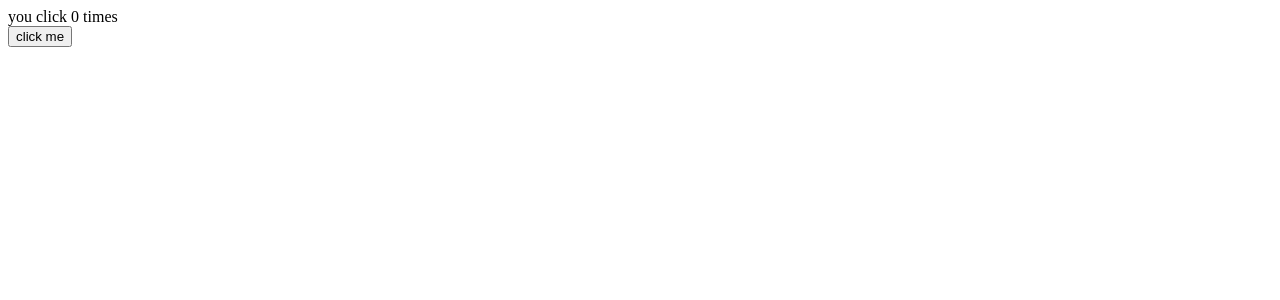
Repository: fuuka10969/react
Page: / (app in demo/react-hooks/demo01/)
An editor plug-in stored every save of this project. The page is shown before and after a run of saves, followed by the edit.
The browser window is 1280 px wide. The pictures show the whole page.
The project was rebuilt for these pictures with package versions that can differ from the ones it lists, and the page was loaded fresh each time.

Above is the page before, as saved 2021-02-11 14:31:10.

### demo/react-hooks/demo01/src/index.js
import React from 'react';
import ReactDOM from 'react-dom';
import Example from './Example';

ReactDOM.render(
    <Example />,
  document.getElementById('root')
);

### demo/react-hooks/demo01/src/Example.js
import React, { useState } from 'react';

function Example() {
  const [count, setCount] = useState(0) // 数组解构
  return (
    <div>
        <div>you click {count} times</div>
        <button onClick={() => setCount(count+1)}>click me</button>
      </div>
  )
}

// class Example extends Component {
//   constructor(props) {
//     super(props);
//     this.state = {
//       count: 0
//      }
//   }
//   render() {
//     return (
//       <div>
//         <div>you click {this.state.count} times</div>
//         <button onClick={this.addNum}>click me</button>
//       </div>
//      );
//   }
//   addNum = () => {
//     this.setState({
//       count: this.state.count +1
//     })
//   }
// }

export default Example;

### demo/react-hooks/demo01/src/Example2.js
import React, { useState } from 'react';

function Example2() {
  const [name, setName] = useState('fuuka')
  const [sex, setSex] = useState('女')
  const [age, setAge] = useState('18')
  return (
    <div>
      <p>姓名：{name}</p>
      <p>年龄：{age}</p>
      <p>性别：{sex}</p>
    </div>
  )
}

export default Example2

Loaded but not shown: demo/react-hooks/demo01/public/index.html (common file)

After the next 3 saves:
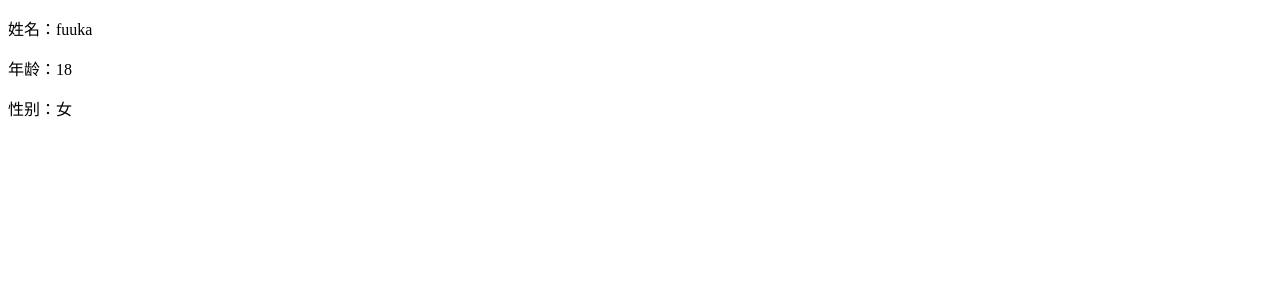
The 3 saves are shown as one change because 2 did not build or start.
The last was saved 28 s later.
--- a/demo/react-hooks/demo01/src/index.js
+++ b/demo/react-hooks/demo01/src/index.js
@@ -1,8 +1,9 @@
 import React from 'react';
 import ReactDOM from 'react-dom';
-import Example from './Example';
+// import Example from './Example';
+import Example2 from './Example2';
 
 ReactDOM.render(
-    <Example />,
+    <Example2 />,
   document.getElementById('root')
 );

After the save that followed:
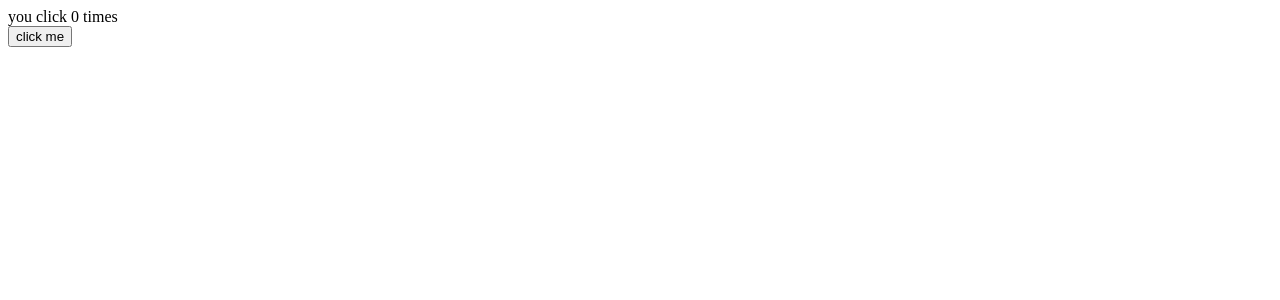
Saved 18 s later.
--- a/demo/react-hooks/demo01/src/index.js
+++ b/demo/react-hooks/demo01/src/index.js
@@ -1,9 +1,9 @@
 import React from 'react';
 import ReactDOM from 'react-dom';
-// import Example from './Example';
-import Example2 from './Example2';
+import Example from './Example';
+// import Example2 from './Example2';
 
 ReactDOM.render(
-    <Example2 />,
+    <Example />,
   document.getElementById('root')
 );
